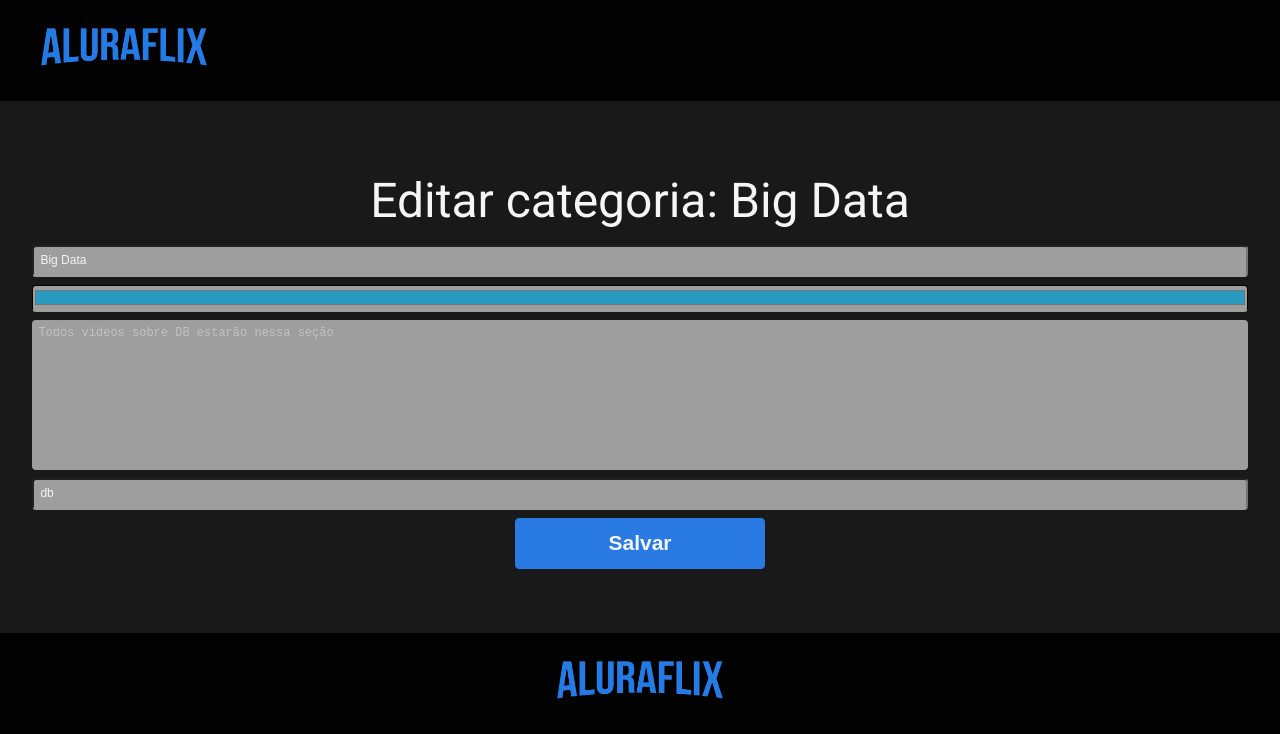
Repository: CarlosEduardoVdeOliveira/aluraflix
Page: /update-category/tBzDB6-
These files come from the project's save history. The page is drawn as it stood at one moment and after the next save; the edit follows.
The browser window is 1280 px wide. The pictures show the whole page.
The project was rebuilt for these pictures with package versions that can differ from the ones it lists, and the page was loaded fresh each time. Also part of the build but not shown: vite.config.js, src/components/Banner/Banner.module.css, src/components/Card/Card.module.css, src/components/Card/index.jsx, src/components/Category/Category.module.css, src/components/Category/index.jsx, src/components/Container/Container.module.css, src/components/Container/index.jsx and 8 more.

Above is the page before, as saved 2023-10-04 10:34:08.

After the next save:
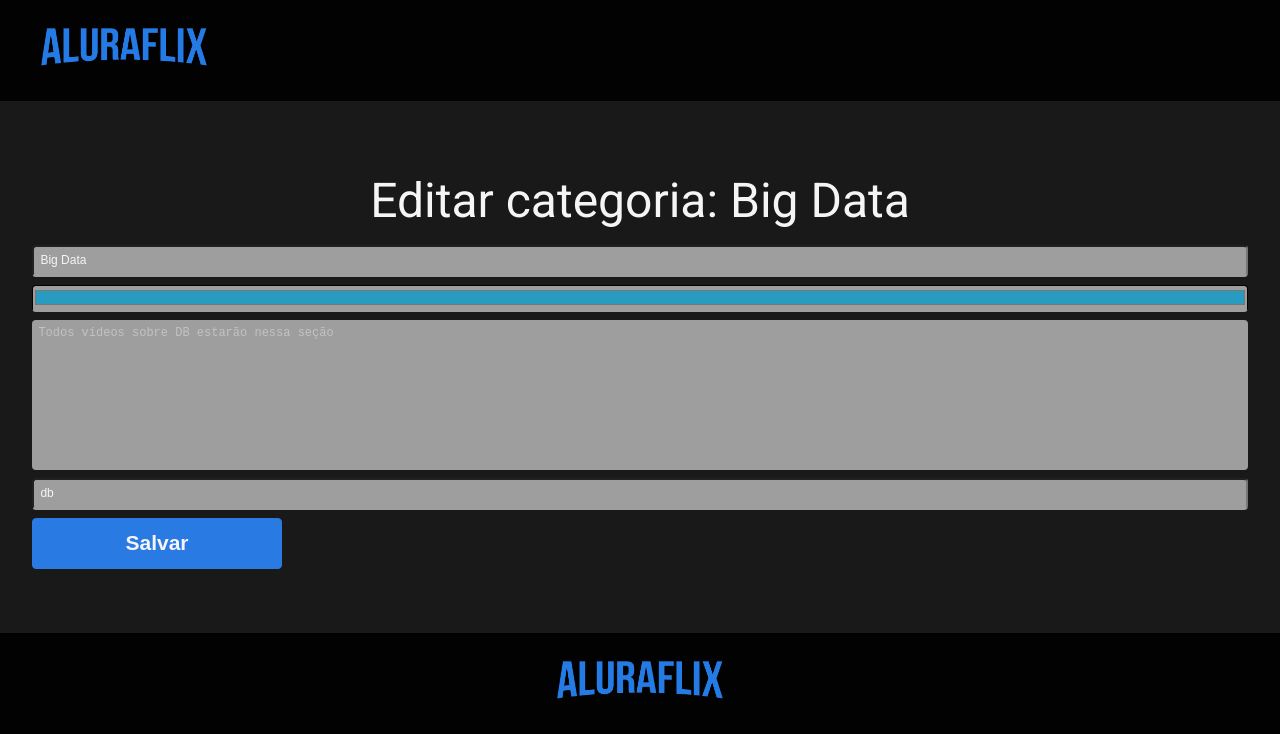
Saved 3 s later.
--- a/src/pages/UpdateCategory/Update.module.css
+++ b/src/pages/UpdateCategory/Update.module.css
@@ -18,6 +18,6 @@
   font-size: 3rem;
   font-weight: 400;
 }
-.button{
+.buttonContainer{
   align-self: flex-start;
 }
